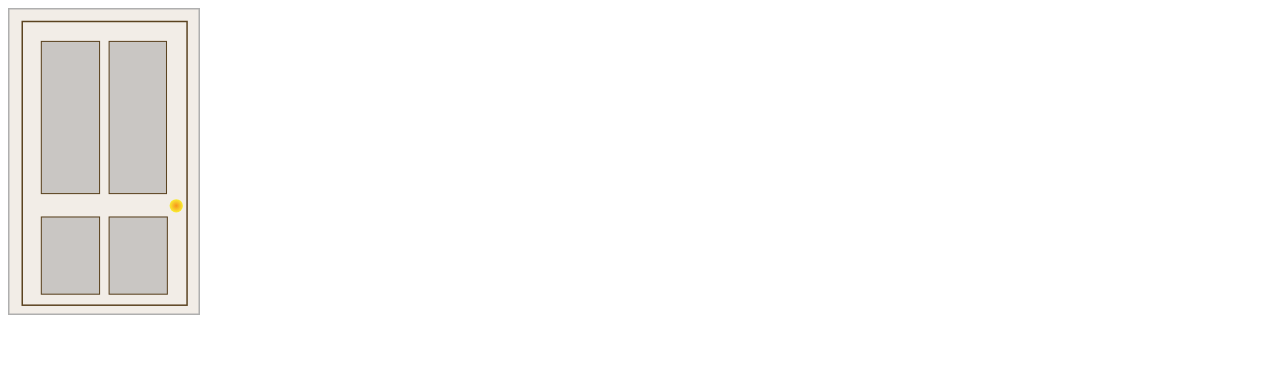
Repository: dnguyen130/HelpAHomieV3
Page: index.html
An editor plug-in stored every save of this project. The page is shown before and after the next save, followed by the edit.
The browser window is 1280 px wide. The pictures show the whole page.

Above is the page before, as saved 2021-03-10 18:31:28.

### index.html
<!DOCTYPE html>
<html lang="en">
<head>
    <meta charset="UTF-8">
    <meta http-equiv="X-UA-Compatible" content="IE=edge">
    <meta name="viewport" content="width=device-width, initial-scale=1.0">
    <link rel="stylesheet" href="styles.css" type="text/css">
    <title>Document</title>
</head>
<body>

    <div class="main">
        <div class="doortest"></div>
    </div>
    <script src="./comps/Door/index.js"></script>
    <script src="workflow.js"></script>
</body>
</html>

### comps/Door/index.js
function DoorUI(image="images/doorclosed.svg", hoverimage="images/dooropened.svg"){
    return `
        <div style="
            width: 12rem;
            height: 24rem;
        ">
            <div style="

            ">
            </div>
            <img
            src="${image}"
            onmouseover="this.src='${hoverimage}'"
            onmouseout="this.src='${image}'"
            />
        </div>
    `
}


// export const Door = DoorUI();

### workflow.js
document.querySelector(".doortest").innerHTML += DoorUI();

Loaded but not shown: styles.css (no stored copy; drawn as an empty file)

After the next save:
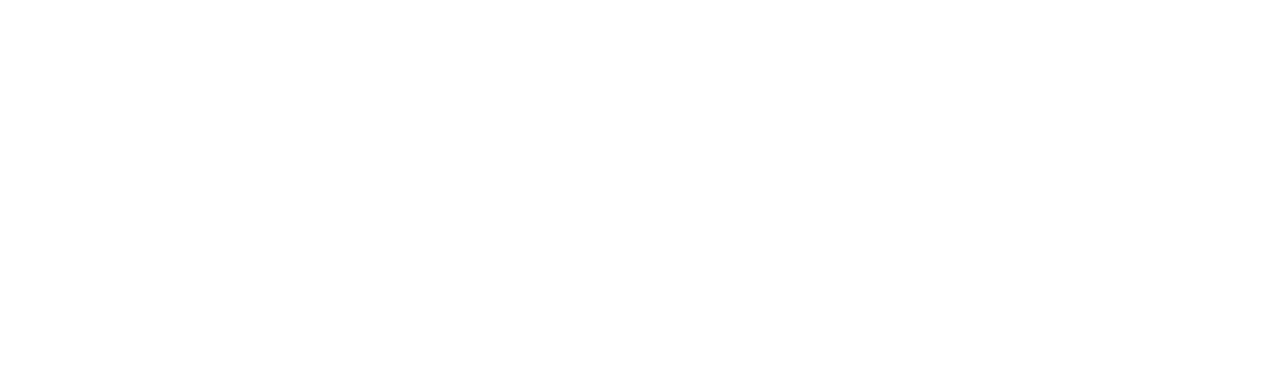
Console error: ReferenceError: text is not defined
Saved 16 s later.
--- a/comps/Door/index.js
+++ b/comps/Door/index.js
@@ -6,7 +6,7 @@
         ">
             <div style="
 
-            ">
+            ">${text}
             </div>
             <img
             src="${image}"

After the 2 saves that followed:
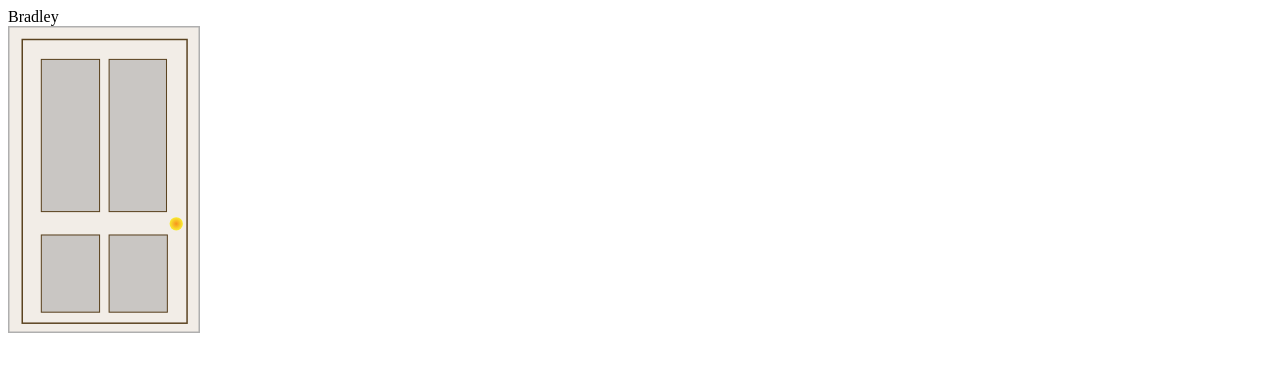
The error is gone.
The 2 saves are shown as one change because they came seconds apart.
The last was saved 18 s later.
--- a/comps/Door/index.js
+++ b/comps/Door/index.js
@@ -1,4 +1,4 @@
-function DoorUI(image="images/doorclosed.svg", hoverimage="images/dooropened.svg"){
+function DoorUI(image="images/doorclosed.svg", hoverimage="images/dooropened.svg", text="Bradley"){
     return `
         <div style="
             width: 12rem;
